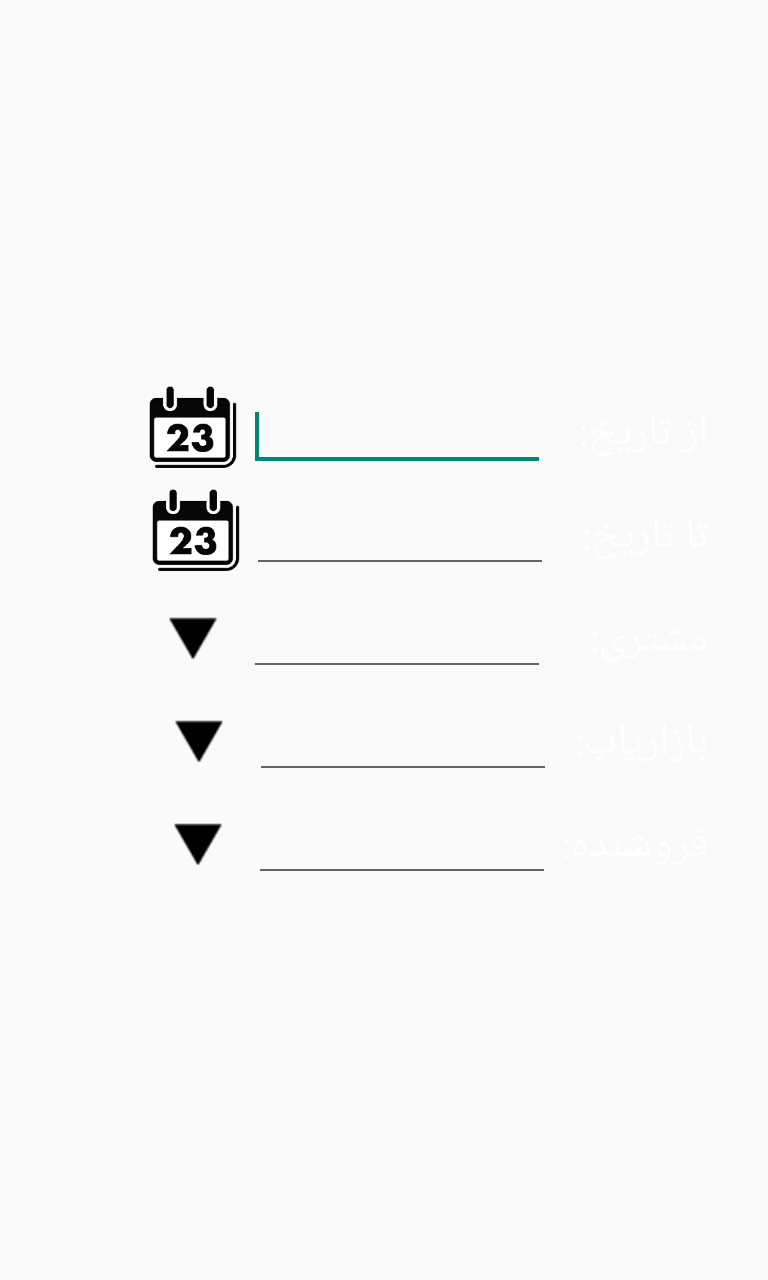
Repository: AtiehPardaz/Reports-Mobile
Layout: Reportsmobile/res/layout/frg_forosh_customer.xml
These files come from the project's save history. The layout is drawn as it stood at one moment and after the next save; the edit follows.
It is drawn on a 768 x 1280 px phone screen (xhdpi) without system bars, with theme AppTheme; the app's code is not run.

Above is the layout before, as saved 2015-03-09 13:10:48.

After the next save:
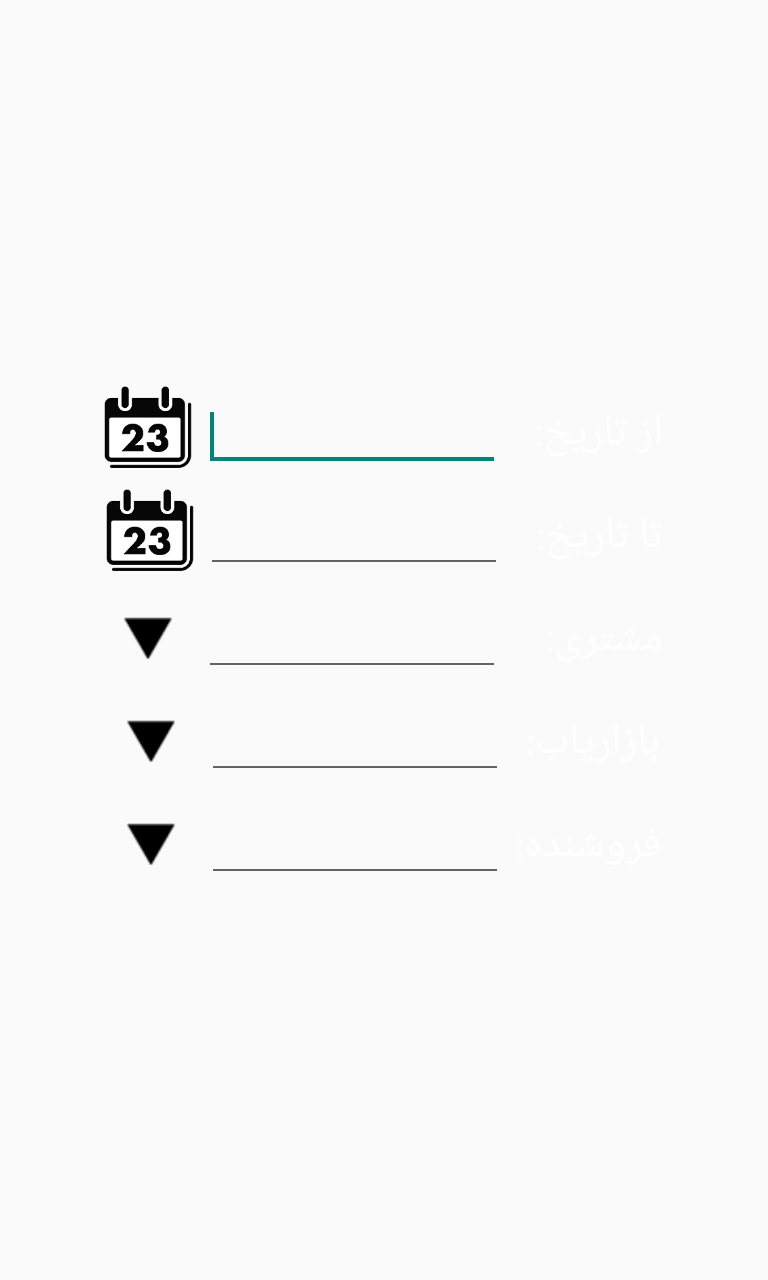
Saved 2 min 45 s later.
--- a/Reportsmobile/res/layout/frg_forosh_customer.xml
+++ b/Reportsmobile/res/layout/frg_forosh_customer.xml
@@ -4,11 +4,10 @@
     android:layout_gravity="center"
     android:layout_weight="1"
     android:gravity="center"
-    android:orientation="vertical"
-    android:padding="30dp" >
+    android:orientation="vertical" >
 
     <LinearLayout
-        android:layout_width="match_parent"
+        android:layout_width="wrap_content"
         android:layout_height="wrap_content"
         android:gravity="right" >
 
@@ -41,7 +40,7 @@
     </LinearLayout>
 
         <LinearLayout
-            android:layout_width="match_parent"
+            android:layout_width="wrap_content"
             android:layout_height="wrap_content"
             android:gravity="right" >
 
@@ -72,7 +71,7 @@
         </LinearLayout>
 
         <LinearLayout
-            android:layout_width="match_parent"
+            android:layout_width="wrap_content"
             android:layout_height="wrap_content"
             android:gravity="right" >
 
@@ -103,7 +102,7 @@
         </LinearLayout>
 
         <LinearLayout
-            android:layout_width="match_parent"
+            android:layout_width="wrap_content"
             android:layout_height="wrap_content"
             android:gravity="right" >
 
@@ -134,7 +133,7 @@
         </LinearLayout>
 
         <LinearLayout
-            android:layout_width="match_parent"
+            android:layout_width="wrap_content"
             android:layout_height="wrap_content"
             android:gravity="right" >
 
